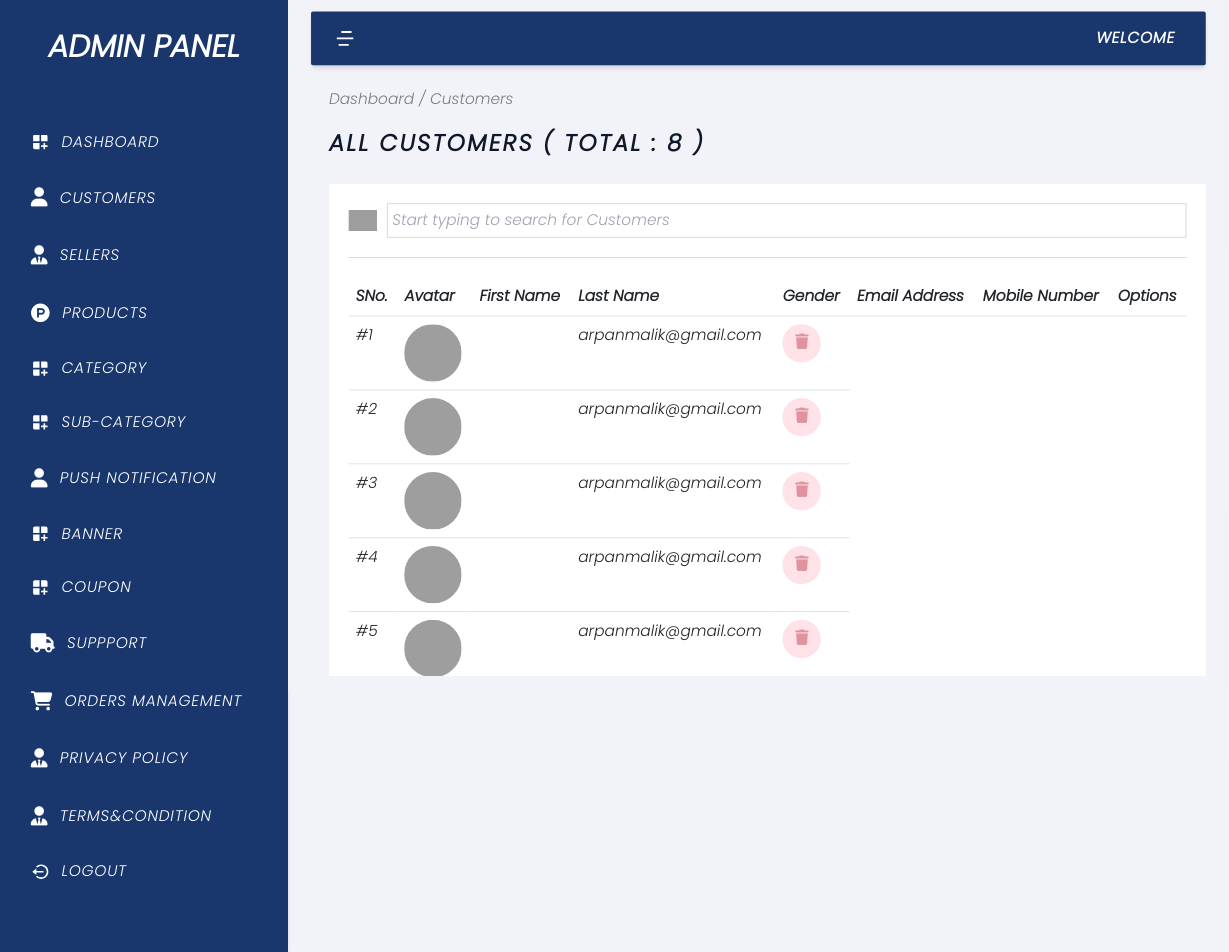
Repository: shishpal2000/admin.aschpro
Page: /Customer
An editor plug-in stored every save of this project. The page is shown before and after the next save, followed by the edit.
The browser window is 1280 px wide. The pictures show the whole page, at 96% of full size.
Pictures or frames that could not be fetched are drawn as grey boxes. An inner scrolling area shows only its first screen. Some web libraries are served in a nearby version. The project was rebuilt for these pictures with package versions that can differ from the ones it lists, and the page was loaded fresh each time. Also part of the build but not shown: src/E-CommerceAdmin/forms/Login.jsx, src/E-CommerceAdmin/pages/Dashboard.jsx, src/E-CommerceAdmin/pages/ECategory.js, src/E-CommerceAdmin/pages/EProduct.js, src/E-CommerceAdmin/pages/EVendorList.js, src/E-CommerceAdmin/pages/EAdminOrders.js, src/E-CommerceAdmin/pages/EAdminDelivery.js, src/E-CommerceAdmin/pages/ESubCategory.js and 5 more. Imported but missing from the stored project, and not drawn on this page: src/E-CommerceAdmin/pages/Complaints, src/E-CommerceAdmin/pages/Component/SpinnerComp, src/E-CommerceAdmin/pages/EAdmin, src/E-CommerceAdmin/pages/EAdminProduct, src/E-CommerceAdmin/pages/ESingleProduct, src/E-CommerceAdmin/pages/GetMeThis, src/E-CommerceAdmin/pages/HelpSupport.

Above is the page before, as saved 2023-06-28 14:53:36.

### public/index.html
<!-- @format -->

<!DOCTYPE html>
<html lang="en">
  <head>
    <meta charset="utf-8" />
    <meta name="viewport" content="width=device-width, initial-scale=1" />
    <meta name="theme-color" content="#000000" />
    <meta
      name="description"
      content="Web site created using create-react-app"
    />
    <link rel="icon" href="%PUBLIC_URL%/favicon.png" />
    <link rel="manifest" href="%PUBLIC_URL%/manifest.json" />
    <link rel="preconnect" href="https://fonts.googleapis.com">
<link rel="preconnect" href="https://fonts.gstatic.com" crossorigin>
<link href="https://fonts.googleapis.com/css2?family=Roboto+Mono:ital,wght@1,300&display=swap" rel="stylesheet">
    <title>Subharambh</title>
  </head>
  <body>
    <noscript>You need to enable JavaScript to run this app.</noscript>
    <div id="root"></div>
    <script src="https://code.jquery.com/jquery-3.6.0.min.js"></script>
    <script src="https://kit.fontawesome.com/b533b351e4.js" crossorigin="anonymous"></script>
    <script type="module" src="https://unpkg.com/ionicons@7.1.0/dist/ionicons/ionicons.esm.js"></script>
<script nomodule src="https://unpkg.com/ionicons@7.1.0/dist/ionicons/ionicons.js"></script>
  </body>
</html>

### src/E-CommerceAdmin/pages/EAdminCustomer.js
/** @format */

import React, { useEffect, useState } from "react";
import { Alert, Table } from "react-bootstrap";
import HOC from "../layout/HOC";

const data = [
  {
    img: "https://img.freepik.com/free-vector/businessman-character-avatar-isolated_24877-60111.jpg",
    fName: "Arpan",
    lName: "Malik",
    Gender: "Identify as toast",
    email: "arpanmalik@gmail.com",
    mobile: "9874563214",
  },
  {
    img: "https://img.freepik.com/free-vector/businessman-character-avatar-isolated_24877-60111.jpg",
    fName: "Arpan",
    lName: "Malik",
    Gender: "Identify as toast",
    email: "arpanmalik@gmail.com",
    mobile: "9874563214",
  },

  {
    img: "https://img.freepik.com/free-vector/businessman-character-avatar-isolated_24877-60111.jpg",
    fName: "Arpan",
    lName: "Malik",
    Gender: "Identify as toast",
    email: "arpanmalik@gmail.com",
    mobile: "9874563214",
  },
  {
    img: "https://img.freepik.com/free-vector/businessman-character-avatar-isolated_24877-60111.jpg",
    fName: "Arpan",
    lName: "Malik",
    Gender: "Identify as toast",
    email: "arpanmalik@gmail.com",
    mobile: "9874563214",
  },
  {
    img: "https://img.freepik.com/free-vector/businessman-character-avatar-isolated_24877-60111.jpg",
    fName: "Arpan",
    lName: "Malik",
    Gender: "Identify as toast",
    email: "arpanmalik@gmail.com",
    mobile: "9874563214",
  },
  {
    img: "https://img.freepik.com/free-vector/businessman-character-avatar-isolated_24877-60111.jpg",
    fName: "Arpan",
    lName: "Malik",
    Gender: "Identify as toast",
    email: "arpanmalik@gmail.com",
    mobile: "9874563214",
  },
  {
    img: "https://img.freepik.com/free-vector/businessman-character-avatar-isolated_24877-60111.jpg",
    fName: "Arpan",
    lName: "Malik",
    Gender: "Identify as toast",
    email: "arpanmalik@gmail.com",
    mobile: "9874563214",
  },
  {
    img: "https://img.freepik.com/free-vector/businessman-character-avatar-isolated_24877-60111.jpg",
    fName: "Arpan",
    lName: "Malik",
    Gender: "Identify as toast",
    email: "arpanmalik@gmail.com",
    mobile: "9874563214",
  },
];

const EAdminCustomer = () => {
  const [query, setQuery] = useState("");
  const [currentPage2, setCurrentPage2] = useState(1);
  const [postPerPage2] = useState(10);
  const lastPostIndex2 = currentPage2 * postPerPage2;
  const firstPostIndex2 = lastPostIndex2 - postPerPage2;
  let pages2 = [];


  const TotolData = query
    ? data?.filter(
        (i) =>
          i?.fName?.toLowerCase().includes(query?.toLowerCase()) ||
          i?.lName?.toLowerCase().includes(query?.toLowerCase()) ||
          i?.email?.toLowerCase().includes(query?.toLowerCase())
      )
    : data;

  useEffect(() => {
    if (query) {
      setCurrentPage2(1);
    }
  }, [query]);

  const slicedData = TotolData?.slice(firstPostIndex2, lastPostIndex2);

  for (let i = 1; i <= Math.ceil(TotolData?.length / postPerPage2); i++) {
    pages2.push(i);
  }

  function Next() {
    setCurrentPage2(currentPage2 + 1);
  }

  function Prev() {
    if (currentPage2 !== 1) {
      setCurrentPage2(currentPage2 - 1);
    }
  }

  return (
    <>
      <p className="headP">Dashboard / Customers</p>
      <div
        className="pb-4 sticky top-0  w-full flex justify-between items-center"
        style={{ width: "98%", marginLeft: "2%" }}
      >
        <span
          className="tracking-widest text-slate-900 font-semibold uppercase "
          style={{ fontSize: "1.5rem" }}
        >
          All Customers ( Total : {data?.length} )
        </span>
      </div>

      <section className="sectionCont">
        {data?.length === 0 || !data ? (
          <Alert>No Data Found</Alert>
        ) : (
          <>
            <div className="filterBox">
              <img
                src="https://t4.ftcdn.net/jpg/01/41/97/61/360_F_141976137_kQrdYIvfn3e0RT1EWbZOmQciOKLMgCwG.jpg"
                alt=""
              />
              <input
                type="search"
                placeholder="Start typing to search for Customers"
                onChange={(e) => setQuery(e.target.value)}
              />
            </div>

            <div className="overFlowCont">
              <Table>
                <thead>
                  <tr>
                    <th>SNo.</th>
                    <th>Avatar</th>
                    <th>First Name</th>
                    <th>Last Name</th>
                    <th>Gender</th>
                    <th>Email Address</th>
                    <th>Mobile Number</th>
                    <th>Options</th>
                  </tr>
                </thead>
                <tbody>
                  {slicedData?.map((i, index) => (
                    <tr key={index}>
                      <td>#{index + 1} </td>
                      <td>
                        <img
                          src={i.img}
                          alt=""
                          style={{
                            width: "60px",
                            height: "60px",
                            borderRadius: "100%",
                          }}
                        />
                      </td>
                      <td> {i.name} </td>
                      <td> {i.email} </td>
                      <td>
                        <i className="fa-solid fa-trash" />
                      </td>
                    </tr>
                  ))}
                </tbody>
              </Table>{" "}
              <div className="pagination">
                <button onClick={() => Prev()} className="prevBtn">
                  <i className="fa-solid fa-backward"></i>
                </button>
                {currentPage2 === 1 ? (
                  ""
                ) : (
                  <button onClick={() => setCurrentPage2(1)}>1</button>
                )}

                {pages2
                  ?.slice(currentPage2 - 1, currentPage2 + 3)
                  .map((i, index) =>
                    i === pages2?.length ? (
                      ""
                    ) : (
                      <button
                        key={index}
                        onClick={() => setCurrentPage2(i)}
                        className={currentPage2 === i ? "activePage" : ""}
                      >
                        {" "}
                        {i}{" "}
                      </button>
                    )
                  )}

                <button
                  onClick={() => setCurrentPage2(pages2?.length)}
                  className={
                    currentPage2 === pages2?.length ? "activePage" : ""
                  }
                >
                  {" "}
                  {pages2?.length}{" "}
                </button>

                {currentPage2 === pages2?.length ? (
                  ""
                ) : (
                  <button onClick={() => Next()} className="nextBtn">
                    {" "}
                    <i className="fa-sharp fa-solid fa-forward"></i>
                  </button>
                )}
              </div>
            </div>
          </>
        )}
      </section>
    </>
  );
};

export default HOC(EAdminCustomer);

### src/E-CommerceAdmin/layout/HOC.jsx
/** @format */

import React, { useState } from "react";
import Navbar from "./Navbar";
import Sidebar from "./Sidebar";

const HOC = (Wcomponenet) => {
  return function Component() {
    const [hamb, setHamb] = useState(false);
    return (
      <>
        <section
          className="flex overflow-x-hidden relative "
          style={{ backgroundColor: "#f2f3f8" }}
        >
          {/* Sidebar */}
          <div
            className={
              hamb
                ? " absolute top-0 z-30 md:w-auto shadow-md bg-slate-200  w-60 transition-all md:-left-full left duration-150  h-auto overflow-y-auto  left-0 "
                : " md:w-72 z-30 bg-slate-200  shadow-md  md:static absolute top-0 -left-full   transition-all duration-150  overflow-y-auto h-auto"
            }
            style={{ minWidth: "300px" }}
          >
            <Sidebar hamb={hamb} setHamb={setHamb} />
          </div>
          {/* Components & Navbar */}
          <div
            className={
              hamb
                ? " transition-all px-4 py-2  duration-150 w-full h-screen"
                : " w-full h-screen  px-4 py-2   z-50 transition-all duration-150 "
            }
            style={{ backgroundColor: "#f2f3f8" }}
          >
            <Navbar hamb={hamb} setHamb={setHamb} />
            <div className="my-6 text-#000 h-[87%] wcomp overflow-y-auto">
              {" "}
              <Wcomponenet />
            </div>
          </div>
        </section>
      </>
    );
  };
};

export default HOC;

### src/E-CommerceAdmin/layout/Navbar.jsx
/** @format */

import { RiMenu4Line } from "react-icons/ri";

const Navbar = ({ hamb, setHamb }) => {
  const AdminName = localStorage.getItem("AdminName")
  return (
    <>
      <div
        className={
          hamb
            ? "flex  w-full justify-between  my-1 rounded-sm  p-4 py-3 shadow-md items-center  bg-slate-200 space-x-4"
            : "flex  w-full justify-between my-1 rounded-sm  p-4 py-3 shadow-md items-center  bg-slate-200 space-x-4"
        }
        style={{ backgroundColor: "#19376d" }}
      >
        <RiMenu4Line
          onClick={() => setHamb(!hamb)}
          className="text-2xl font-bold text-gray-900 hover:scale-90 cursor-pointer"
          style={{ color: "#fff" }}
        />

        <section className="flex sm:ml-auto justify-end sm:w-full items-center space-x-2  pr-2">
          <figcaption className="tracking-wider pl-1 font-semibold">
            <div
              className="lg:text-base text-sm text-gray-900  uppercase"
              style={{ color: "#fff" }}
            >
              Welcome {AdminName}
            </div>
          </figcaption>
        </section>
      </div>
    </>
  );
};

export default Navbar;

### src/E-CommerceAdmin/layout/Sidebar.jsx
/** @format */

import React from "react";
import { RiCloseLine } from "react-icons/ri";
import { Link, useNavigate } from "react-router-dom";
import { BiLogOutCircle } from "react-icons/bi";
import { MdDashboardCustomize } from "react-icons/md";

const Sidebar = ({ hamb, setHamb }) => {
  const navigate = useNavigate();

  const nav = [
    {
      icon: <MdDashboardCustomize className="text-xl mr-3 rounded-full " />,
      link: "/dashboard ",
      name: "Dashboard",
    },

    {
      icon: (
        <i className="fa-solid fa-user text-xl mr-3 rounded-full"></i>
      ),
      link: "/Customer",
      name: "Customers",
    },
    {
      icon: <i className="fa-solid fa-user-tie text-xl mr-3 rounded-full"></i>,
      link: "/VendorList",
      name: "Sellers",
    },
    {
      icon: (
    <i className="fa-brands fa-product-hunt text-xl mr-3 rounded-full"></i>
      ),
      link: "/Product",
      name: "Products",
    },
    {
      icon: <MdDashboardCustomize className="text-xl mr-3 rounded-full " />,
      link: "/Category",
      name: "Category",
    },

    {
      icon: <MdDashboardCustomize className="text-xl mr-3 rounded-full " />,
      link: "/SubCategory",
      name: "Sub-Category",
    },
    {
      icon: <i className="fa-solid fa-user text-xl mr-3 rounded-full"></i>,
      link: "/pushNotification",
      name: "Push Notification",
    },

    {
      icon: <MdDashboardCustomize className="text-xl mr-3 rounded-full " />,
      link: "/banner",
      name: "Banner",
    },
    {
      icon: <MdDashboardCustomize className="text-xl mr-3 rounded-full " />,
      link: "/coupon",
      name: "Coupon",
    },

    {
      icon: <i className="fa-solid fa-truck  text-xl mr-3 rounded-full"></i>,
      link: "/Support",
      name: "Suppport",
    },
    {
      icon: (
        <i className="fa-solid fa-cart-shopping text-xl mr-3 rounded-full"></i>
      ),
      link: "/Orders",
      name: "Orders Management",
    },

    {
      icon: <i className="fa-solid fa-user-tie text-xl mr-3 rounded-full"></i>,
      link: "/privacy",
      name: "Privacy Policy",
    },
    {
      icon: <i className="fa-solid fa-user-tie text-xl mr-3 rounded-full"></i>,
      link: "/terms",
      name: "Terms&Condition",
    }
  ];

  const logOut = () => {
    localStorage.clear()
    navigate("/");
  };

  return (
    <>
      <aside
        className="p-4 h-auto"
        style={{ backgroundColor: "#19376d", minHeight: "100vh" }}
      >
        {/* Top */}
        <div className="w-full md:hidden relative  p-2 mb-4">
          <RiCloseLine
            onClick={() => setHamb(!hamb)}
            className="text-3xl  absolute top-2 sm:hover:rotate-[228deg] transition-transform font-bold right-2 sm:hover:text-[22px] text-[rgb(241,146,46)] cursor-pointer"
          />
        </div>{" "}
        <figure className="flex  flex-col items-center">
          <span
            className="font-bold text-[#fff]"
            style={{
              fontSize: "2rem",
              textAlign: "center",
              textTransform: "uppercase",
            }}
          >
            {" "}
            ADMIN PANEL
          </span>
        </figure>
        <nav className="py-6">
          {nav.map((nav) => {
            return (
              <Link
                to={nav.link}
                key={nav.name}
                className=""
                style={{ textDecoration: "none", textTransform: "uppercase" }}
              >
                <span
                  className="flex my-3 items-center cursor-pointer text-gray-900    tracking-wider p-2 rounded-sm"
                  style={{ color: "#FFF" }}
                >
                  {nav.icon} {nav.name}
                </span>
              </Link>
            );
          })}
          <span
            className="flex my-3 items-center cursor-pointer text-gray-900    tracking-wider p-2 rounded-sm"
            onClick={() => logOut()}
            style={{ color: "#FFF", textTransform: "uppercase" }}
          >
            <BiLogOutCircle className="text-xl mr-3 rounded-full " /> LogOut
          </span>
        </nav>
      </aside>
    </>
  );
};

export default Sidebar;

Loaded but not shown: tailwind.config.js (common file); src/App.js (69 lines, source omitted); src/index.js (15 lines, source omitted); src/index.css (496 lines, source omitted)

After the next save:
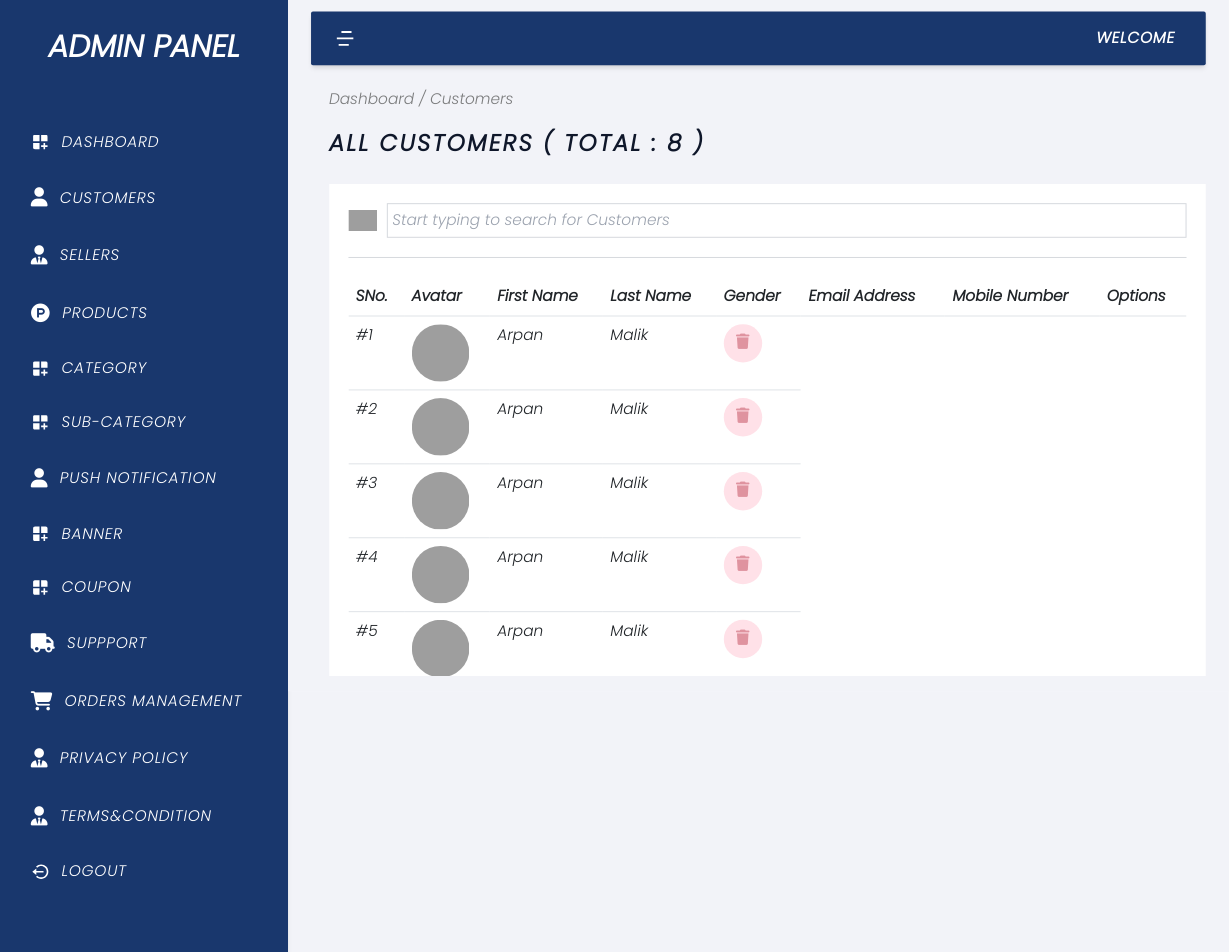
Saved 30 s later.
--- a/src/E-CommerceAdmin/pages/EAdminCustomer.js
+++ b/src/E-CommerceAdmin/pages/EAdminCustomer.js
@@ -173,8 +173,8 @@
                           }}
                         />
                       </td>
-                      <td> {i.name} </td>
-                      <td> {i.email} </td>
+                      <td> {i.fName} </td>
+                      <td> {i.lName} </td>
                       <td>
                         <i className="fa-solid fa-trash" />
                       </td>
